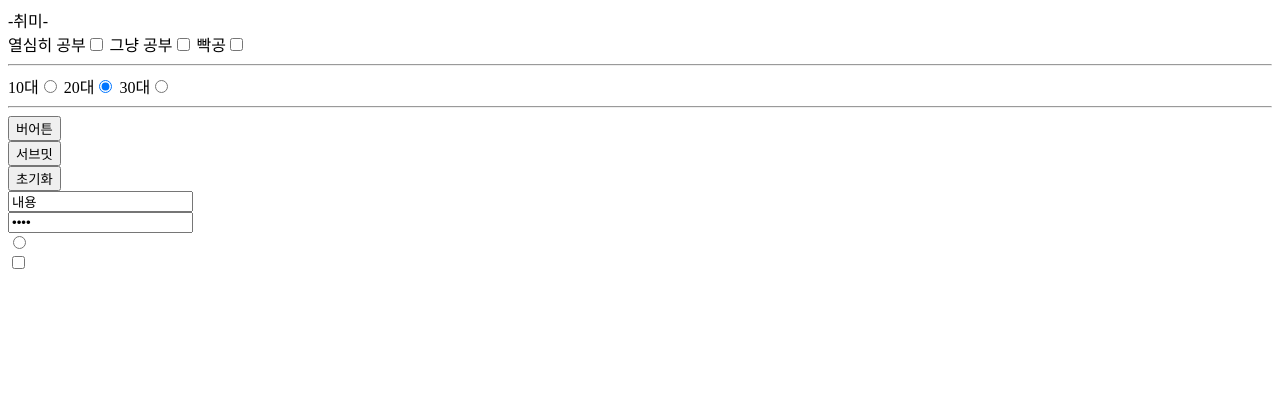
Repository: jwlee0714/HTML
Page: html/day02.html
The author's editor kept a copy of each file at every save. The page is drawn from the files as they stood at one save, then again after the next save.
The browser window is 1280 px wide. The pictures show the whole page.

Above is the page before, as saved 2021-10-05 06:59:50.

### html/day02.html
<!DOCTYPE html>
<html>
<head>
<meta charset="UTF-8">
<title>Insert title here</title>
</head>
<body>

-취미-<br>
열심히 공부<input type="checkbox">
그냥 공부<input type="checkbox">
빡공<input type="checkbox">

<hr>

10대<input type="radio" name="age">
20대<input type="radio" name="age" checked>
30대<input type="radio" name="age">

<hr>

	<input type="button" value="버어튼"><br>
	<input type="submit" value="서브밋"><br>
	<input type="reset" value="초기화"><br>
	<input type="text" value ="내용"><br>
	<input type="password" value="비밀번호"><br>
	<input type="radio"><br>
	<input type="checkbox"><br>


</body>
</html>

After the next save:
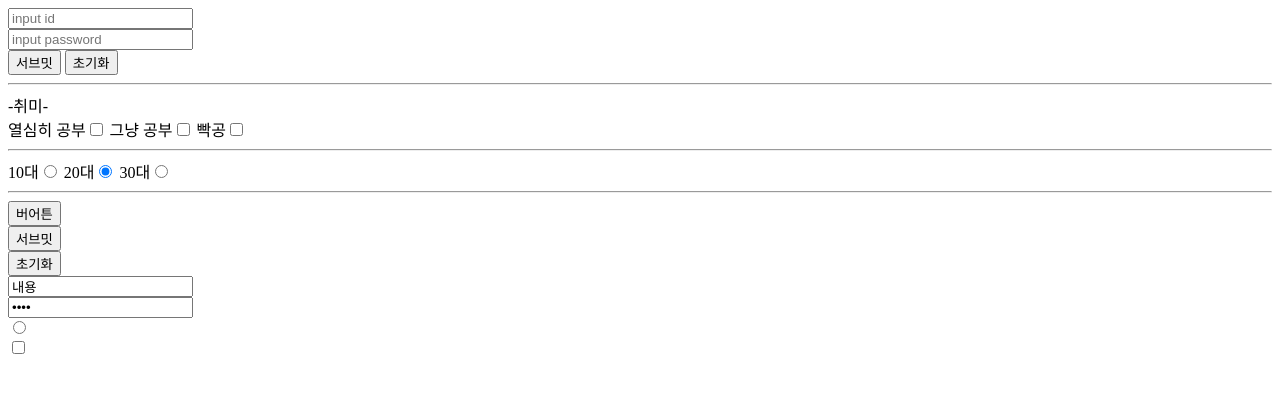
Saved 107 s later.
--- a/html/day02.html
+++ b/html/day02.html
@@ -5,6 +5,13 @@
 <title>Insert title here</title>
 </head>
 <body>
+
+	<input type="text" placeholder="input id"><br>
+	<input type="password" placeholder="input password"><br>
+	<input type="submit" value="서브밋">
+	<input type="reset" value="초기화">
+
+<hr>
 
 -취미-<br>
 열심히 공부<input type="checkbox">
